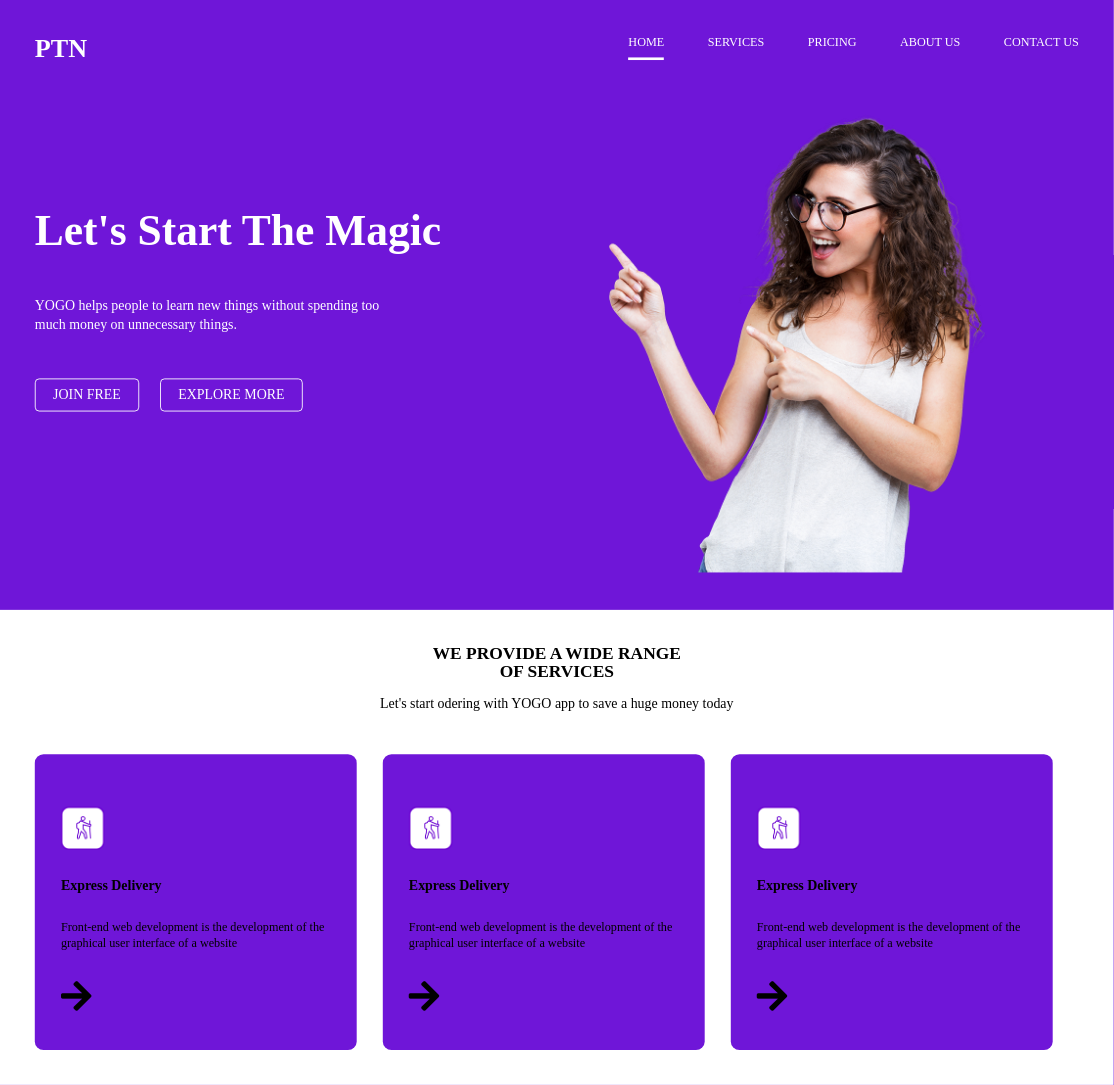
Repository: PhamTrungNguyen/LuyenTap
Page: index.html
The author's editor kept a copy of each file at every save. The page is drawn from the files as they stood at one save, then again after the next save.
The browser window is 1280 px wide. The pictures show the whole page, at 87% of full size.
Some web fonts or font styles are not loaded; a fallback is used. The style sheet was rebuilt from its Sass, Less or Tailwind sources for each picture, by a compiler version that may differ from the author's.

Above is the page before, as saved 2021-12-05 19:49:14.

### index.html
<!DOCTYPE html>
<html lang="en">

<head>
    <meta charset="UTF-8">
    <meta http-equiv="X-UA-Compatible" content="IE=edge">
    <meta name="viewport" content="width=device-width, initial-scale=1.0">
    <title>TN_YoGo</title>
    <link rel="stylesheet" href="./reset.css">
    <link rel="stylesheet" href="./style.css">
    <!-- link truyền icon -->
    <link rel="stylesheet" href="https://cdnjs.cloudflare.com/ajax/libs/font-awesome/5.15.3/css/all.min.css"
        integrity="sha512-iBBXm8fW90+nuLcSKlbmrPcLa0OT92xO1BIsZ+ywDWZCvqsWgccV3gFoRBv0z+8dLJgyAHIhR35VZc2oM/gI1w=="
        crossorigin="anonymous" referrerpolicy="no-referrer" />
    <!-- link font chữ -->
    <link
        href="https://fonts.googleapis.com/css2?family=Roboto:ital,wght@0,300;0,400;1,300;1,400&family=Zen+Loop&display=swap"
        rel="stylesheet">
</head>

<body>
    <!-- -------------------- Logo và menu -------------------- -->
    <header class="header">
        <div class="container">
            <div class="header-main">
                <a href="#" class="header-main_logo">PTN</a>
                <ul class="header-main_menu">
                    <li class="header-main_menu__item">
                        <a href="" class="header-main_menu__link active-home">Home</a>
                    </li>
                    <li class="header-main_menu__item">
                        <a href="" class="header-main_menu__link">Services</a>
                    </li>
                    <li class="header-main_menu__item">
                        <a href="" class="header-main_menu__link">Pricing</a>
                    </li>
                    <li class="header-main_menu__item">
                        <a href="" class="header-main_menu__link">About Us</a>
                    </li>
                    <li class="header-main_menu__item">
                        <a href="" class="header-main_menu__link">Contact Us</a>
                    </li>
                </ul>
            </div>
            <!-- -------------------- Phần header trung tâm -------------------- -->
            <div class="header-center">
                <div class="header-left">
                    <h2 class="header-left_title">Let's Start The Magic</h2>
                    <p class="header-left_desc">YOGO helps people to learn new things without spending too much money on
                        unnecessary things.</p>
                    <div class="header-left_click">
                        <a href="" class="header-left_link">join free</a>
                        <a href="" class="header-left_link">explore more</a>
                    </div>
                </div>
                <div class="header-right">
                    <img src="./images/home-pic.png" alt="" class="header-right_image">
                </div>
            </div>
        </div>
    </header>
    <!-- -------------------- Phần service ( dưới header ) -------------------- -->
    <section class="service">
        <div class="container">
            <div class="service-over">
                <h2 class="service-over_title">we provide a wide range of services</h2>
                <p class="service-over_desc">Let's start odering with YOGO app to save a huge money today</p>
            </div>
            <div class="service-below">
                <div class="service-below--list">
                    <div class="service-below--block">
                        <img src="./images/Icon-1.png" alt="" class="service-below_icon">
                        <h3 class="service-below_title">Express Delivery</h3>
                        <span class="service-below_desc">Front-end web development is the development of the graphical user interface of a website</span>
                        <div class="service-below_item">
                            <i class="fas fa-arrow-right"></i>
                        </div>
                    </div>
                </div>
                <div class="service-below--list">
                    <div class="service-below--block">
                        <img src="./images/Icon-1.png" alt="" class="service-below_icon">
                        <h3 class="service-below_title">Express Delivery</h3>
                        <span class="service-below_desc">Front-end web development is the development of the graphical user interface of a website</span>
                        <div class="service-below_item">
                            <i class="fas fa-arrow-right"></i>
                        </div>
                    </div>
                </div>
                <div class="service-below--list">
                    <div class="service-below--block">
                        <img src="./images/Icon-1.png" alt="" class="service-below_icon">
                        <h3 class="service-below_title">Express Delivery</h3>
                        <span class="service-below_desc">Front-end web development is the development of the graphical user interface of a website</span>
                        <div class="service-below_item">
                            <i class="fas fa-arrow-right"></i>
                        </div>
                    </div>
                </div>

            </div>
        </div>
    </section>

</body>

</html>

### reset.css
/* http://meyerweb.com/eric/tools/css/reset/
   v2.0 | 20110126
   License: none (public domain)
*/

html,
body,
div,
span,
applet,
object,
iframe,
h1,
h2,
h3,
h4,
h5,
h6,
p,
blockquote,
pre,
a,
abbr,
acronym,
address,
big,
cite,
code,
del,
dfn,
em,
img,
ins,
kbd,
q,
s,
samp,
small,
strike,
strong,
sub,
sup,
tt,
var,
b,
u,
i,
center,
dl,
dt,
dd,
ol,
ul,
li,
fieldset,
form,
label,
legend,
table,
caption,
tbody,
tfoot,
thead,
tr,
th,
td,
article,
aside,
canvas,
details,
embed,
figure,
figcaption,
footer,
header,
hgroup,
menu,
nav,
output,
ruby,
section,
summary,
time,
mark,
audio,
video {
  margin: 0;
  padding: 0;
  border: 0;
  font-size: 100%;
  font: inherit;
  vertical-align: baseline;
}
/* HTML5 display-role reset for older browsers */
article,
aside,
details,
figcaption,
figure,
footer,
header,
hgroup,
menu,
nav,
section {
  display: block;
}
body {
  line-height: 1;
}
ol,
ul {
  list-style: none;
}
blockquote,
q {
  quotes: none;
}
blockquote:before,
blockquote:after,
q:before,
q:after {
  content: "";
  content: none;
}
table {
  border-collapse: collapse;
  border-spacing: 0;
}

### style.scss
html {
  font-size: 62.5%;
}
* {
  box-sizing: border-box;
}
body {
  font-family: "Bona Nova", serif;
  font-size: 1.6rem;
  font-weight: normal;
  outline: none;
}
a {
  text-decoration: none;
}
img {
  max-width: 100%;
}
.container {
  padding: 4rem;
}
.active-home {
  border-bottom: 3px solid white !important;
  padding-bottom: 10px;
}
.header {
  //-------------------- Logo và menu --------------------
  background-color: #6f16d8;
  &-main {
    // max-width: 1100px;
    display: flex;
    flex-direction: row;
    justify-content: space-between;
    &_logo {
      display: inline-block;
      text-transform: uppercase;
      font-size: 3rem;
      font-weight: 700;
      color: white;
    }
    &_menu {
      cursor: pointer;
      display: flex;
      flex-direction: row;
      position: relative;
      &__item:not(:last-child) {
        margin-right: 5rem;
      }
      &__link {
        text-transform: uppercase;
        display: inline-block;
        color: white;
        font-size: 1.4rem;
        border-bottom: 2px solid transparent;
        padding-bottom: 10px;
        transition: all 0.25s linear;
      }
      &__link:hover {
        color: black;
        border-bottom: 3px solid white;
      }
    }
  }
}
@media screen and (max-width: 767px) {
  .container {
    padding: 3rem;
  }
  .header-main {
    display: block;
    &_logo {
      display: block;
      text-align: center;
      padding-bottom: 1rem;
    }
  }
  .header-main_menu__item:not(:last-child) {
    margin-right: 1.4rem;
  }
  .header-main_menu__link {
    font-size: 1.5rem;
    text-transform: capitalize;
  }
}
//-------------------- Phần header trung tâm --------------------
.header {
  &-center {
    padding-top: 15rem;
    display: flex;
    justify-content: space-between;
  }
  &-left {
    margin-top: 2rem;
    &_title {
      color: white;
      font-size: 5rem;
      font-weight: bold;
      padding-bottom: 5rem;
    }
    &_desc {
      color: white;
      max-width: 400px;
      line-height: 1.4;
      padding-bottom: 5rem;
    }
    &_link {
      display: inline-block;
      padding: 1rem 2rem;
      color: white;
      text-transform: uppercase;
      border-radius: 0.5rem;
      border: 1px solid white;
      transition: all 0.25s linear;
      margin-right: 2rem;
    }
    &_link:hover {
      background-color: #fff;
      color: black;
    }
  }
  &-right {
    margin-right: 10rem;
    margin-top: -10rem;
    &_image {
      width: 45rem;
    }
  }
}
@media screen and (max-width: 1023px) {
  .header-left {
    margin-top: 0rem;
  }
  .header-center {
    padding-top: 8rem;
  }
  .header-right {
    margin-right: 0rem;
    margin-top: -3rem;
  }
  .header-left_title {
    padding-bottom: 3rem;
  }
  .header-left_desc {
    max-width: 350px;
    padding-bottom: 4rem;
  }
}
@media  screen and (max-width:767px){
  .header-center {
    padding-top: 4rem;
}
  .header-left_title {
    font-size: 2rem;
    padding-bottom: 2rem;
}
.header-right_image {
  width: 50rem;
  height: 24rem;
}
.header-right {
  margin-right: -3rem;
  margin-top: 0rem;
}
.header-left_desc {
  line-height: 1.2;
  padding-bottom: 0rem;
  font-size: 1.2rem;
}
.header-left_link {
  margin-top: 2rem;
  padding: 0.5rem 1rem;
  font-size: 1.5rem;
  margin-right: 0rem;
  max-width: 10rem;
  text-align: center;
}
}
//-------------------- Phần service ( dưới header ) --------------------
.service
{
  &-over
  {
    padding-bottom: 5rem;
    text-align: center;
    &_title
    {
      margin: 0 auto;
      text-transform: uppercase;
      color: black;
      font-size: 2rem;
      font-weight: 600;
      max-width:300px;
      padding-bottom: 2rem;
    }
  }
  &-below
  {
    display:flex;
    flex-wrap: wrap;
    &--block{
      padding:6rem 3rem 4rem 3rem;
      background-color: #6f16d8;
      border-radius:1rem;
    }
    &--list{
      width: calc(33.33% - 3rem);
    }
    &--list:not(:last-child)
    {
      margin-right: 3rem;

    }
    &_icon {
     width:5rem;
     height:5rem;
     margin-bottom: 3rem;
    }
    &_title{
      color: black;
      font-weight: 600;
      margin-bottom: 3rem;
    }
    &_desc{
      color: black;
      line-height:1.4;
      word-break: break-word;
      font-size: 1.4rem;
    }
    &_item{
      margin-top: 3rem;
      font-size: 4rem;
    }
  }
}

After the next save:
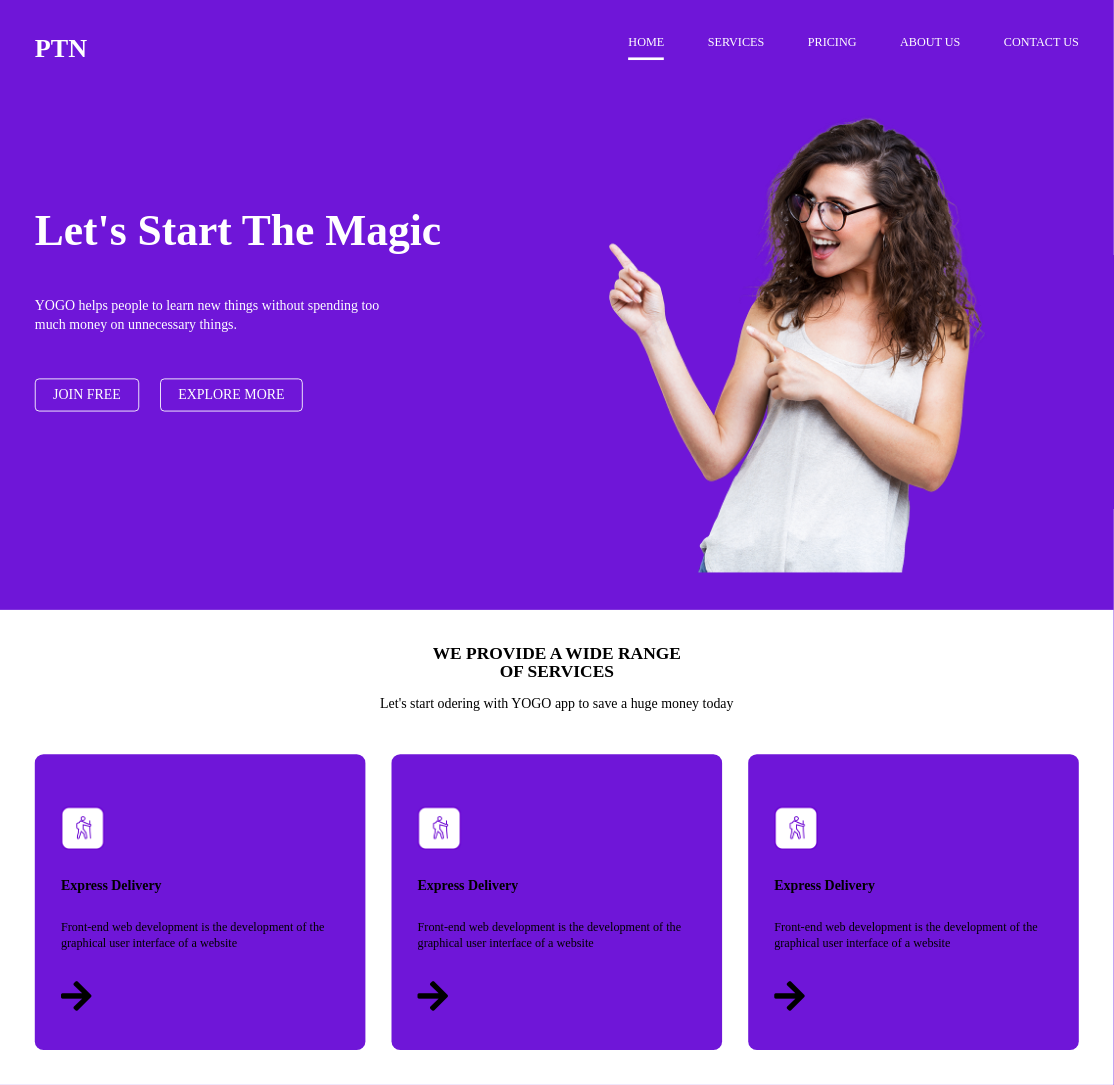
Saved 6 s later.
--- a/style.scss
+++ b/style.scss
@@ -203,7 +203,7 @@ img {
       border-radius:1rem;
     }
     &--list{
-      width: calc(33.33% - 3rem);
+      width: calc(33.33% - 2rem);
     }
     &--list:not(:last-child)
     {
